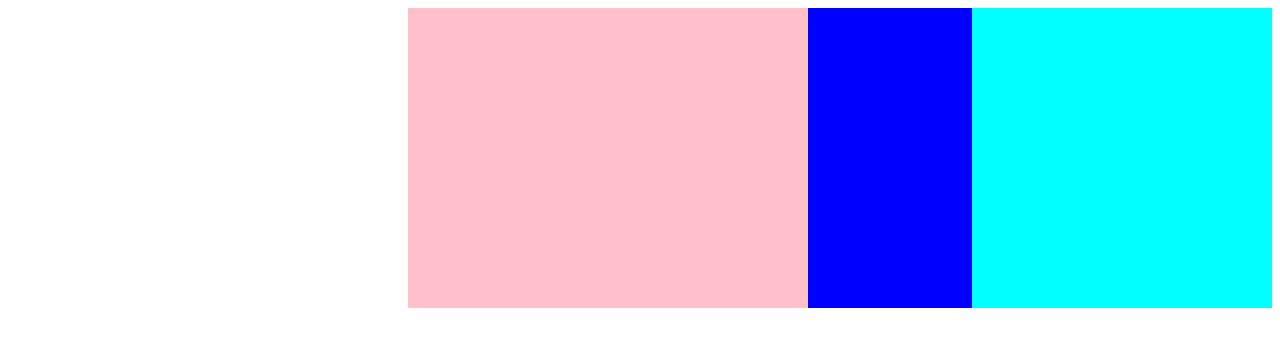
Repository: MMXiaohang/frontend-interview-coding
Page: 17.三栏布局.html
The author's editor kept a copy of each file at every save. The page is drawn from the files as they stood at one save, then again after the next save.
The browser window is 1280 px wide. The pictures show the whole page.

Above is the page before, as saved 2022-03-31 20:42:03.

After the next save:
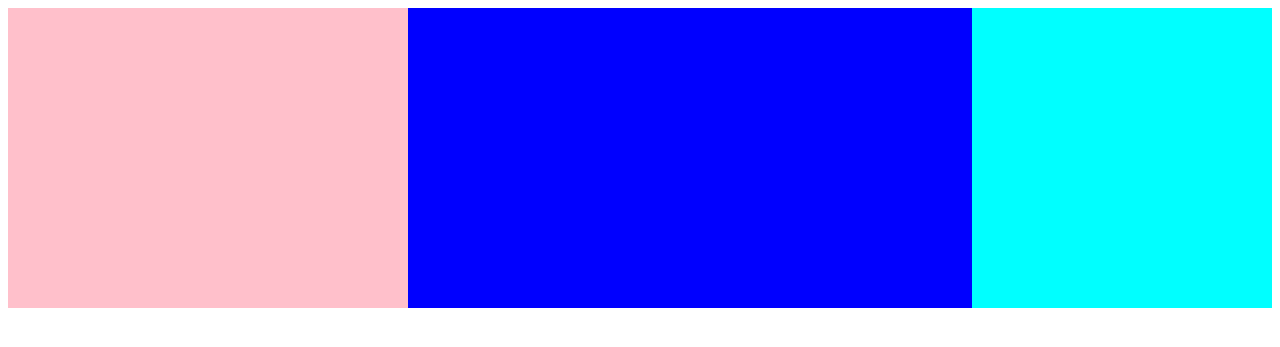
Saved 20 s later.
--- a/17.三栏布局.html
+++ b/17.三栏布局.html
@@ -26,7 +26,7 @@
         }
 
         #left{
-            /* position: relative; */
+            position: relative;
             width: 400px;
             left: -400px;
             margin-left: -100%;
